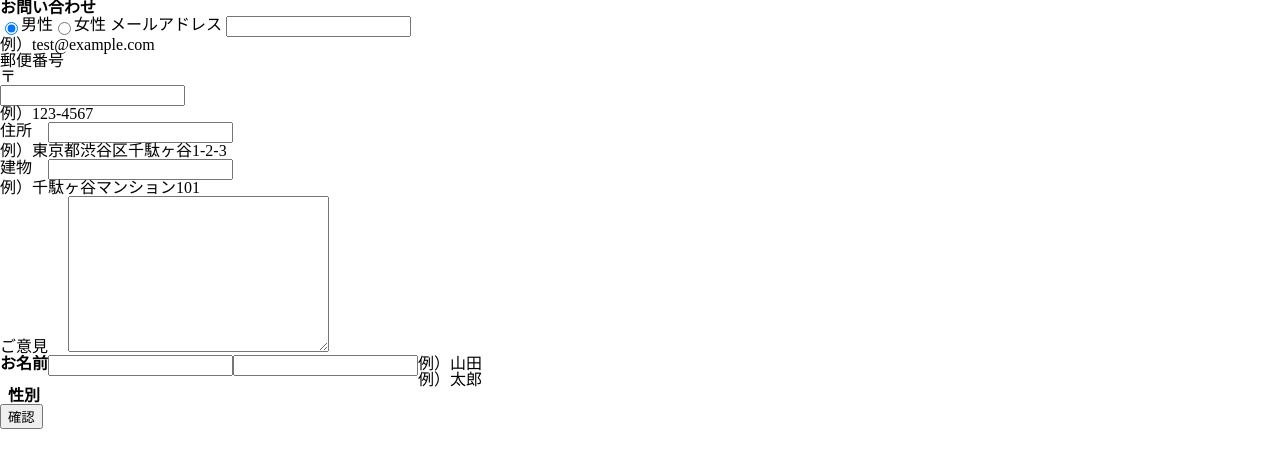
Repository: 1000sky/20220728majima
Page: http://localhost/contact
The author's editor kept a copy of each file at every save. The page is drawn from the files as they stood at one save, then again after the next save.
The browser window is 1280 px wide. The pictures show the whole page.
The page is served by the project's Laravel application, run on PHP 8.4 with Laravel 8. Queries for data that is not in the repository find no rows.

Above is the page before, as saved 2022-07-27 23:45:47.

After the next save:
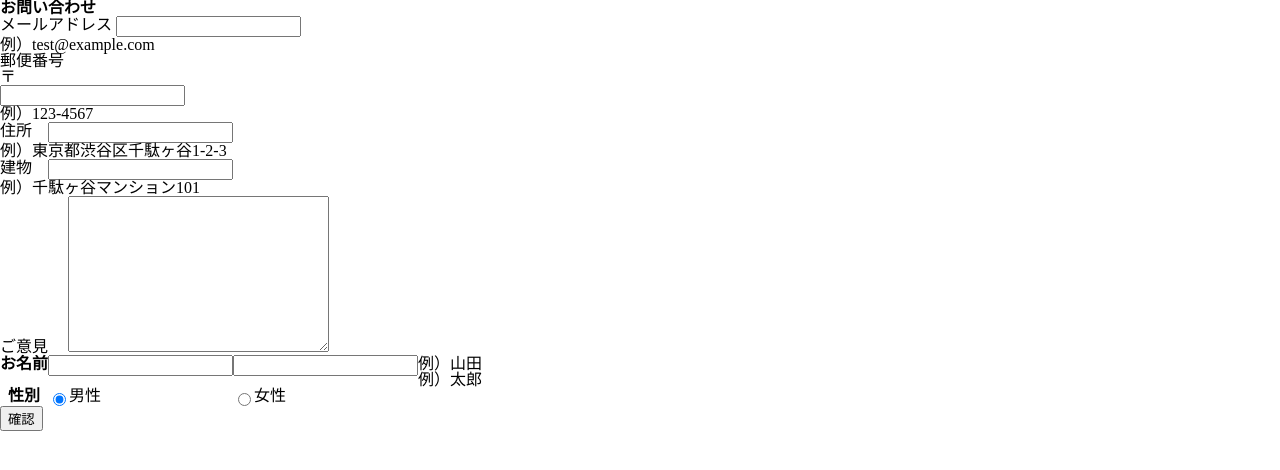
Saved 63 s later.
--- a/advance-test/resources/views/contact.blade.php
+++ b/advance-test/resources/views/contact.blade.php
@@ -40,9 +40,9 @@
         @endif
 
         <tr>
-        <th><label>性別 </label> </th>
-                <input type="radio" name="gender" checked="checked"><label for="">男性</label>
-                <input type="radio" name="gender"><label for="">女性</label>
+        <th><label>性別 </label></th>
+        <td><input type="radio" name="gender" checked="checked"><label for="">男性</label></td>
+        <td><input type="radio" name="gender"><label for="">女性</label></td>
 
         </tr>
         @if ($errors->has('gender'))
